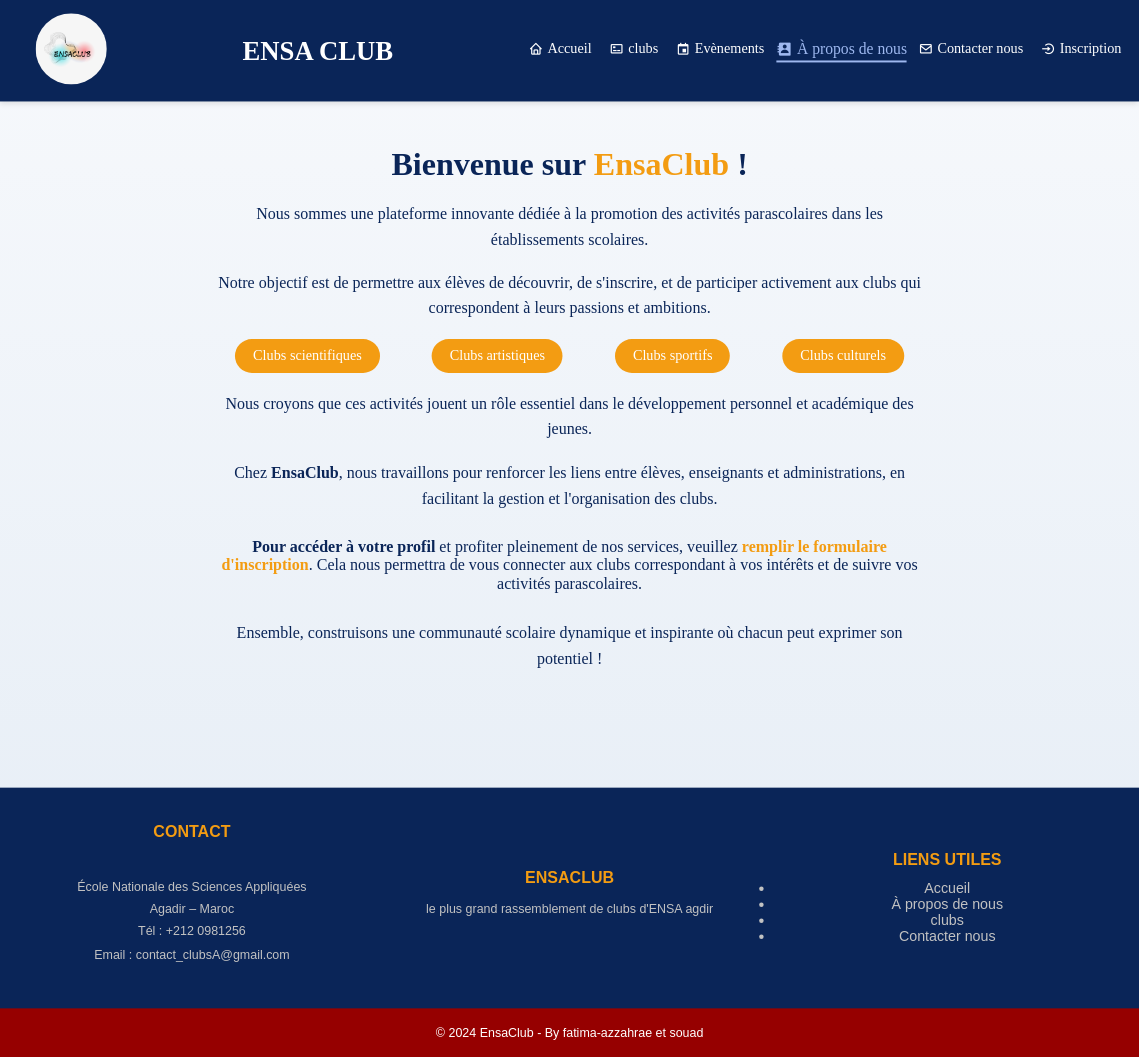
Repository: fati-smart/ENSAclub
Page: propos.html
The author's editor kept a copy of each file at every save. The page is drawn from the files as they stood at one save, then again after the next save.
The browser window is 1280 px wide. The pictures show the whole page, at 89% of full size.

Above is the page before, as saved 2024-12-02 19:20:42.

### propos.html
<!DOCTYPE html>
<html lang="fr">

<head>
  <meta charset="UTF-8">
  <meta name="viewport" content="width=device-width, initial-scale=1.0">
  <link href='https://unpkg.com/boxicons@2.1.4/css/boxicons.min.css' rel="stylesheet" />
  <link rel="stylesheet" href="style.css">
  <title>à propos de nous</title>
</head>

<body>
  <header class="header">
    <div><img src="logo.png" alt="logo"></div>
    <div class="titre"><a href="index.html"><p>ENSA CLUB</p></a></div>
    <nav>
      <ul>

        <li><a href="index.html">
          <i class='bx bx-home'></i></i>Accueil</a></li>
          <li><a href="club.html">
            <i class='bx bx-credit-card-front'></i>clubs</a></li>
          <li><a href="evenement.html">
            <i class='bx bx-calendar-event' ></i>Evènements</a></li>
          <li><a href="propos.html" class="active">
            <i class='bx bxs-contact'></i>À propos de nous</a></li>
          <li><a href="Contact.html">
            <i class='bx bx-envelope'></i>Contacter nous</a></li>
          <li><a href="inscrip.html">
            <i class='bx bx-log-in-circle'></i>Inscription</a></li>
      </ul>

    </nav>
</header>

<section class="propos">
  <div class="propos-container">
    <h1 class="propos-title">Bienvenue sur <span>EnsaClub</span> !</h1>
    <p class="propos-intro">
      Nous sommes une plateforme innovante dédiée à la promotion des activités parascolaires dans les établissements scolaires.
    </p>
    <p class="propos-objective">
      Notre objectif est de permettre aux élèves de découvrir, de s'inscrire, et de participer activement aux clubs qui correspondent à leurs passions et ambitions.
    </p>
    <ul class="propos-list">
      <li>Clubs scientifiques</li>
      <li>Clubs artistiques</li>
      <li>Clubs sportifs</li>
      <li>Clubs culturels</li>
    </ul>
    <p class="propos-message">
      Nous croyons que ces activités jouent un rôle essentiel dans le développement personnel et académique des jeunes.
    </p>
    <p class="propos-mission">
      Chez <strong>EnsaClub</strong>, nous travaillons pour renforcer les liens entre élèves, enseignants et administrations,
      en facilitant la gestion et l'organisation des clubs.
    </p>
    <p class="propos-call-to-action">
      <strong>Pour accéder à votre profil</strong> et profiter pleinement de nos services, veuillez
      <a href="inscrip.html" class="propos-link">remplir le formulaire d'inscription</a>. Cela nous permettra de vous connecter
      aux clubs correspondant à vos intérêts et de suivre vos activités parascolaires.
    </p>
    <p class="propos-footer">
      Ensemble, construisons une communauté scolaire dynamique et inspirante où chacun peut exprimer son potentiel !
    </p>
  </div>
</section>


  <footer class="footer">
    <div class="footer-container">
        <div class="footer-content">
          <ul>
            <h3>CONTACT</h3><br />
            <p>École Nationale des Sciences Appliquées<br /> Agadir – Maroc<br />
            Tél : +212 0981256<br />
            Email : contact_clubsA@gmail.com<br />
          </p>
          </ul>
        </div>
        <div class="footer-section-info">
          <ul>
            <h3>EnsaClub</h3>
          <p> le plus grand rassemblement de clubs d'ENSA agdir </p>
          </ul>
        </div>
        <div class="footer-content">
            <h3>Liens utiles</h3>
             <ul class="list">
                <li><a href="index.html">Accueil</a></li>
                <li><a href="propos.html">À propos de nous</a></li>
                <li><a href="club.html">clubs</a></li>
                <li><a href="Contact.html">Contacter nous</a></li>
             </ul>
        </div>
    </div>
    <div class="footer-bottom">
      <p>© 2024 EnsaClub - By fatima-azzahrae et souad</p>
    </div>
</footer>
</body>

</html>

### style.css
* {
  margin: 0;
  padding: 0;
  box-sizing: border-box;
}

body {
  font-family: cursive;
  background-color: #f5f6fa;
  overflow-x: hidden;
  background: linear-gradient(to bottom, #f7f9fc, #e4ecf5);
}

/*******************************************HEADER************************************************/
.header {
  background-color: #0A2558;
  color: white;
  display: flex;
  align-items: center;
  justify-content: space-between;
  padding: 15px 20px;
  box-shadow: 0 4px 6px rgba(0, 0, 0, 0.1);
}

.header img {
  margin-left: 20px;
  width: 80px;
  height: 80px;
  border-radius: 50%;
}

.header .titre a {
  text-decoration: none;
  color: white;
  font-size: 26px;
  font-weight: bold;
}

nav ul {
  list-style: none;
  display: flex;
  gap: 20px;
}

nav ul li a {
  color: white;
  text-decoration: none;
  font-size: 16px;
  display: flex;
  align-items: center;
  gap: 5px;
  transition: color 0.3s ease-in-out;
}
.header .titre p{
  font-size: 30px;
  font-weight: bold;
  color: #ffffff;
  margin: 0;
}

nav ul li a:hover {
  color: #9eb8ef;
}

nav ul li a.active {
  border-bottom: 2px solid #9eb8ef;
  padding-bottom: 3px;
  color: #9eb8ef;
  transform: scale(1.1);

}
/*************************************section CLUB***********************************************/
.club{
  margin-top: 50px;
  display: flex;
  align-items: center;
  justify-content: center;
  flex-wrap: wrap;
}

.club .carteClub{
  width: 350px;
  height: 420px;
  background-color: #e9ebed;
  border-radius: 12px;
  margin-left: 30px;
  margin-right: 30px;
  box-shadow: 0 4px 6px rgba(0, 0, 0, 0.1);
  position: relative;
}

.club .carteClub .imageClub {
  width: 100%;
  height: 45%;
  margin-left: 15px;
  margin-right: 15px;
  align-items: center;
}

.club .carteClub .imageClub img{
  width: 90%;
  height: 90%;
  margin-top: 10px;
  border-radius: 12px;
}

.club .carteClub .text{
  width: 90%;
  height: 90%;
  margin-left: 10px;
  text-align: center;
}

.club .carteClub .text p{
  text-align: left;
}

.club .carteClub .text strong{
  font-size: 25px;
  font-family: 'Franklin Gothic Medium', 'Arial Narrow', Arial, sans-serif;
  color: #0A2558;
}

.club .carteClub .text .jointure{
  color: #143c85d7;
}

.carteClub button {
  position: absolute;
  bottom: 10px;
  right: 15px;
  padding: 10px 20px;
  background-color: #ff1100;
  color: #fff;
  border: none;
  border-radius: 5px;
  cursor: pointer;
  width: 90px;
}

.carteClub button:hover {
  background-color: #d91103e0;
  transform: scale(1.1);

}

/****************************************section EVENMENT****************************************/
.event {
  display: flex;
  flex-wrap: wrap;
  justify-content: center;
  padding: 20px;
  margin-top: 30px;
  align-items: center;
  border-radius: 12px;
  gap:  40px 15px;
  max-width: 1400px;

}

.carteEvent {
  width: 340px;
  display: flex;
  flex-direction: column;
  height: 200px;
  background: #fff;
  border-radius: 10px;
  box-shadow: 0 4px 8px rgba(0, 0, 0, 0.1);
  overflow: hidden;
  transition: height 0.3s ease, box-shadow 0.3s ease;
  padding: 10px;
  position: relative;
  text-align: center;
  margin-left: 20px;
  margin-right: 20px;
  margin-top: 20px;
  margin-bottom: 20px;

}

.carteEvent:hover {
  box-shadow: 0 6px 12px rgba(0, 0, 0, 0.15);
}

.carteEvent .titreC {
  margin-bottom: 7px;
  margin-top: 7px;
}

.carteEvent .titreC strong{
  font-size: 19.2px;
  font-weight: bold;
  color: #007bff;
}

.carteEvent .titre {
  margin-bottom: 7px;
}

.carteEvent strong{
  color: #ff1100;
}

.carteEvent .dets {
  text-align: left;
}

.carteEvent .dets strong{
  color: #000000;
}

.carteEvent .dets a{
  text-decoration: none;
  color:#09b32d ;
}

.carteEvent .dets a:hover{
  color:#00ff37 ;
  font-size: 16px;
}
/****************************************INSCRIPTION**********************************************/
.inscription {
  padding: 50px 20px;
  display: flex;
  justify-content: center;
  align-items: center;
}

.formulaire {
  background: #ffffff;
  border-radius: 10px;
  box-shadow: 0px 4px 10px rgba(0, 0, 0, 0.1);
  padding: 30px;
  max-width: 500px;
  width: 100%;
  animation: fadeIn 1s ease-in-out;
}

.titre-formulaire {
  font-size: 24px;
  font-weight: bold;
  text-align: center;
  color: #0A2558;
  margin-bottom: 20px;
}

.form-group {
  margin-bottom: 20px;
}

.form-group label {
  font-size: 16px;
  color: #0A2558;
  display: block;
  margin-bottom: 5px;
}

.form-group input {
  width: 100%;
  padding: 10px;
  font-size: 16px;
  border: 1px solid #ddd;
  border-radius: 5px;
  outline: none;
  transition: border-color 0.3s;
}

.form-group input:focus {
  border-color: #f39c12;
}

.btn-submit {
  background-color: #0A2558;
  color: #ffffff;
  padding: 12px 20px;
  font-size: 16px;
  border: none;
  border-radius: 25px;
  cursor: pointer;
  width: 100%;
  margin-top: 10px;
  transition: background-color 0.3s, transform 0.3s;
}

.btn-submit:hover {
  background-color: #072042;
  transform: translateY(-3px);
}

.lien-membre {
  text-align: center;
  margin-top: 20px;
  font-size: 14px;
  color: #0A2558;
}

.lien-membre a {
  color: #f39c12;
  text-decoration: none;
  font-weight: bold;
}

.lien-membre a:hover {
  text-decoration: underline;
}

@keyframes fadeIn {
  from {
    opacity: 0;
    transform: translateY(20px);
  }
  to {
    opacity: 1;
    transform: translateY(0);
  }
}

@media (max-width: 768px) {
  .formulaire {
    padding: 20px;
  }

  .btn-submit {
    font-size: 14px;
  }
}


/**********************************************login***********************************************/
.connexion {
  padding: 50px 20px;
  display: flex;
  justify-content: center;
  align-items: center;
}

.logFormulaire {
  background: #ffffff;
  border-radius: 10px;
  box-shadow: 0px 4px 10px rgba(0, 0, 0, 0.1);
  padding: 30px;
  max-width: 400px;
  width: 100%;
  animation: fadeIn 1s ease-in-out;
}

.titre-logFormulaire {
  font-size: 24px;
  font-weight: bold;
  text-align: center;
  color: #0A2558;
  margin-bottom: 20px;
}

.form-group {
  margin-bottom: 20px;
}

.form-group label {
  font-size: 16px;
  color: #0A2558;
  display: block;
  margin-bottom: 5px;
}

.form-group input {
  width: 100%;
  padding: 10px;
  font-size: 16px;
  border: 1px solid #ddd;
  border-radius: 5px;
  outline: none;
  transition: border-color 0.3s;
}

.form-group input:focus {
  border-color: #f39c12;
}

.btn-submit {
  background-color: #0A2558;
  color: #ffffff;
  padding: 12px 20px;
  font-size: 16px;
  border: none;
  border-radius: 25px;
  cursor: pointer;
  width: 100%;
  margin-top: 10px;
  transition: background-color 0.3s, transform 0.3s;
}

.btn-submit:hover {
  background-color: #072042;
  transform: translateY(-3px);
}

.lien-nouveau {
  text-align: center;
  margin-top: 20px;
  font-size: 14px;
  color: #0A2558;
}

.lien-nouveau a {
  color: #f39c12;
  text-decoration: none;
  font-weight: bold;
}

.lien-nouveau a:hover {
  text-decoration: underline;
}

@keyframes fadeIn {
  from {
    opacity: 0;
    transform: translateY(20px);
  }
  to {
    opacity: 1;
    transform: translateY(0);
  }
}

@media (max-width: 768px) {
  .logFormulaire {
    padding: 20px;
  }

  .btn-submit {
    font-size: 14px;
  }
}

/*********************************************PROFIL**********************************************/
.profil {
  max-width: 800px;
  margin: 50px auto;
  padding: 20px;
  background: #fff;
  box-shadow: 0 4px 8px rgba(0, 0, 0, 0.276);
  border-radius: 10px;
}

.section-title {
  font-size: 28px;
  color: #2c3e50;
  text-align: center;
  margin-bottom: 20px;
}

.form-title {
  font-size: 20px;
  color: #34495e;
  margin-bottom: 15px;
}

.form-subtitle {
  font-size: 18px;
  color: #7f8c8d;
  margin-bottom: 10px;
}

.profile-section {
  display: flex;
  align-items: center;
  gap: 20px;
  margin-bottom: 30px;
  border-bottom: 1px solid #ddd;
  padding-bottom: 20px;
}

.profile-picture img {
  width: 120px;
  height: 120px;
  border-radius: 50%;
  object-fit: cover;
  border: 3px solid #db343442;
}

.profile-info .profile-name {
  font-size: 18px;
  font-weight: bold;
  color: #34495e;
}

.profile-info .profile-email {
  font-size: 14px;
  color: #555;
}

.forms-profil {
  display: flex;
  flex-wrap: wrap;
  gap: 30px;
}

.account-info,
.security-settings {
  flex: 1;
  min-width: 300px;
}

.form-group {
  margin-bottom: 15px;
}

.form-group label {
  display: block;
  font-size: 14px;
  color: #555;
  margin-bottom: 5px;
}

.form-group input {
  width: 100%;
  padding: 10px;
  border: 1px solid #ddd;
  border-radius: 5px;
  font-size: 14px;
  background-color: #f9f9f9;
}

.form-group input:focus {
  outline: none;
  border-color: #3498db;
  box-shadow: 0 0 5px rgba(52, 152, 219, 0.5);
}

.save-button {
  background-color: #3498db;
  color: #fff;
  padding: 10px 20px;
  border: none;
  border-radius: 5px;
  cursor: pointer;
  font-size: 14px;
  display: inline-block;
}

.save-button:hover {
  background-color: #2980b9;
}

.clubs-section .club-name {
  font-size: 16px;
  color: #2c3e50;
  margin-left: 10px;
}

.clubs-table {
  width: 100%;
  border-collapse: collapse;
  margin-top: 20px;
}

th, td {
  border: 1px solid #ddd;
  padding: 8px;
  text-align: center;
}

th {
  background-color: #f4f4f4;
  font-weight: bold;
}

.delete-btn {
  background-color: #e74c3c;
  color: white;
  border: none;
  padding: 5px 10px;
  cursor: pointer;
  border-radius: 3px;
}

.delete-btn:hover {
  background-color: #c0392b;
}
i.bx.bx-chevrons-left {
  margin-top: 20px;
  margin-left: 20px;
  font-size: 80px;
  color: #0742b1;
  transition: color 0.3s, transform 0.3s;
}

i.bx.bx-chevrons-left:hover {
  color: #2980b9;
  transform: translateX(-5px);
}



/********************************a propos de nous************************************************/
.propos {
  padding: 50px 20px;
  color: #0A2558;
}

.propos-container {
  max-width: 800px;
  margin: 0 auto;
  text-align: center;
  animation: fadeIn 1s ease-in-out;
}

.propos-title {
  font-size: 36px;
  font-weight: bold;
  margin-bottom: 20px;
  color: #0A2558;
}

.propos-title span {
  color: #f39c12;
}

.propos-intro, .propos-objective, .propos-message, .propos-mission, .propos-footer {
  font-size: 18px;
  line-height: 1.6;
  margin-bottom: 20px;
}

.propos-list {
  list-style: none;
  padding: 0;
  margin: 20px 0;
  display: flex;
  justify-content: space-around;
  flex-wrap: wrap;
  gap: 10px;
}

.propos-list li {
  background: #f39c12;
  color: white;
  padding: 10px 20px;
  border-radius: 20px;
  font-size: 16px;
}

.propos-call-to-action {
  font-size: 18px;
  margin: 30px 0;
}

.propos-link {
  color: #f39c12;
  font-weight: bold;
  text-decoration: none;
}

.propos-link:hover {
  text-decoration: underline;
}

@keyframes fadeIn {
  from {
    opacity: 0;
    transform: translateY(20px);
  }
  to {
    opacity: 1;
    transform: translateY(0);
  }
}

/********************************************FOOTER*************************************************/
.footer {
  background-color: #0A2558;
  margin-top: 60px;
  color: #ecf0f1;
  font-family: Arial, sans-serif;
  text-align: center;
  padding: 0; /* Supprime les espaces autour */
}

.footer-container {
  display: flex;
  justify-content: space-around;
  align-items: center; /* Centre verticalement les contenus */
  flex-wrap: wrap;
  padding: 40px 20px; /* Augmente l'espacement interne */
  gap: 33px; /* Ajoute de l'espace entre les sections */
}

.footer-content,
.footer-section-info {
  flex: 1; /* S'adapte à l'espace disponible */
  min-width: 300px;
  text-align: center; /* Centre horizontalement le texte */
  color: #c2c2c2;
}

.footer h3 {
  font-size: 18px;
  font-weight: bold;
  text-transform: uppercase;
  margin-bottom: 12px; /* Augmente l'espace sous le titre */
  color: #f39c12;
}

.footer p {
  font-size: 14px;
  line-height: 1.8; /* Augmente l'espacement entre les lignes */
  margin: 8px 0;
}

.footer a {
  color: #c2c2c2;
  text-decoration: none;
}

.footer a:hover {
  text-decoration: underline;
}

.footer-bottom {
  background-color: #960000;
  color: white;
  padding: 15px; /* Augmente l'espacement interne du footer-bottom */
  font-size: 12px;

  margin-top: 0; /* Supprime les marges entre le container et le footer-bottom */
}

.footer-bottom p {
  margin: 0; /* Supprime les marges supplémentaires */
  text-align: center;
}


/*****************************************CONTACT***************************************************/
.contact {
  padding: 40px 20px;
  text-align: center;
}

.contact-fieldset {
  border: 2px solid #0A2558;
  border-radius: 10px;
  padding: 30px;
  max-width: 600px;
  margin: 0 auto;
  box-shadow: 0px 4px 10px rgba(0, 0, 0, 0.1);
  background: #ffffff;
}

.contact-legend {
  font-size: 24px;
  font-weight: bold;
  color: #0A2558;
  padding: 0 10px;
  background: #f39c12;
  color: #ffffff;
  border-radius: 5px;
}

.form-group {
  margin-bottom: 20px;
  text-align: left;
}

.form-group label {
  font-size: 16px;
  color: #0A2558;
  display: block;
  margin-bottom: 5px;
}

.form-group input,
.form-group textarea {
  width: 100%;
  padding: 10px;
  font-size: 16px;
  border: 1px solid #ddd;
  border-radius: 5px;
  outline: none;
  transition: border-color 0.3s;
}

.form-group input:focus,
.form-group textarea:focus {
  border-color: #f39c12;
}

.btn-submit {
  background-color: #0A2558;
  color: #ffffff;
  padding: 12px 25px;
  font-size: 16px;
  border: none;
  border-radius: 25px;
  cursor: pointer;
  transition: background-color 0.3s, transform 0.3s;
}

.btn-submit:hover {
  background-color: #072042;
  transform: translateY(-3px);
}

@media (max-width: 768px) {
  .contact-fieldset {
    padding: 20px;
  }

  .btn-submit {
    width: 100%;
  }
}

After the next save:
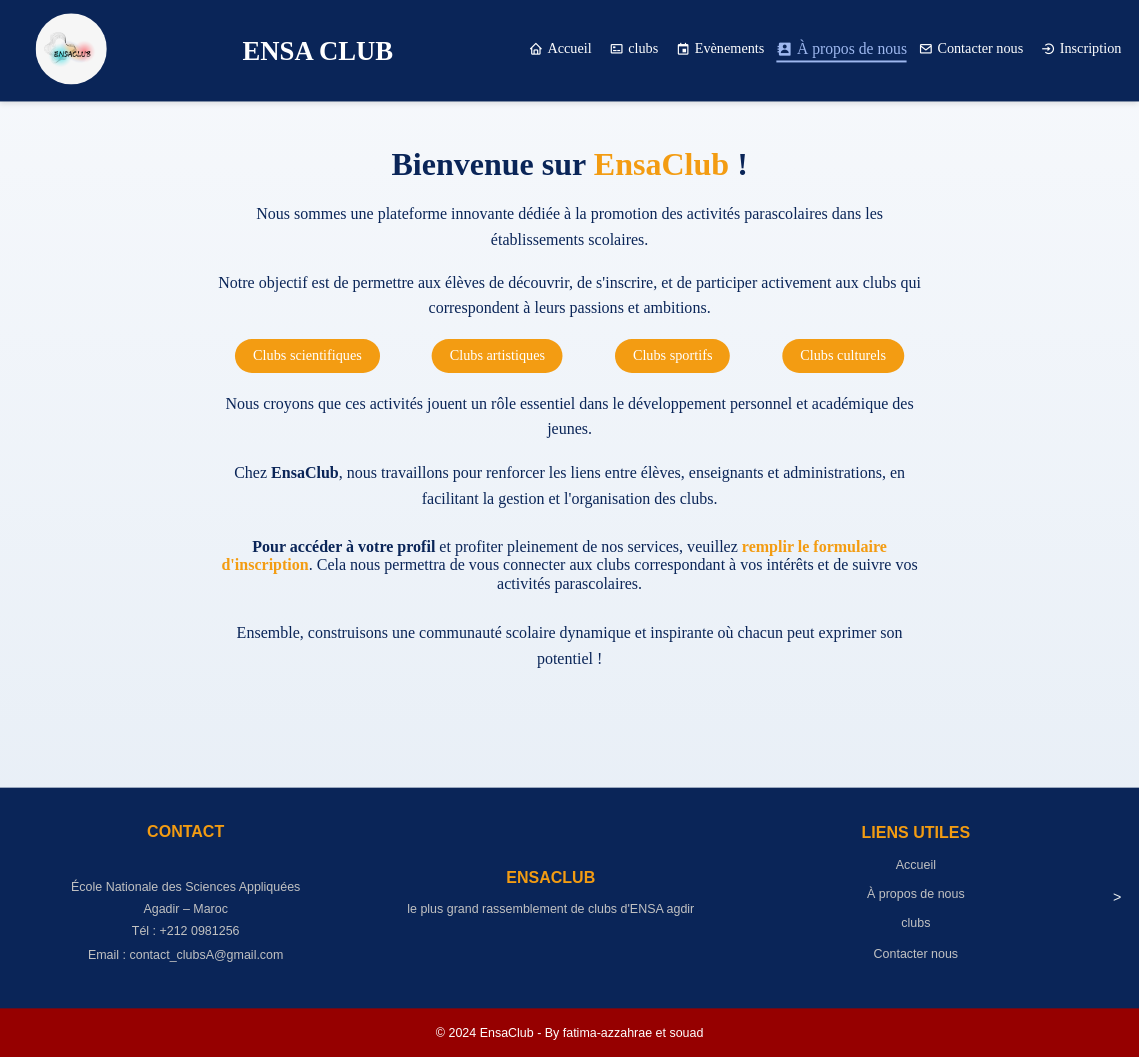
Saved 90 s later.
--- a/propos.html
+++ b/propos.html
@@ -85,14 +85,14 @@
           </ul>
         </div>
         <div class="footer-content">
-            <h3>Liens utiles</h3>
-             <ul class="list">
-                <li><a href="index.html">Accueil</a></li>
-                <li><a href="propos.html">À propos de nous</a></li>
-                <li><a href="club.html">clubs</a></li>
-                <li><a href="Contact.html">Contacter nous</a></li>
-             </ul>
-        </div>
+          <h3>Liens utiles</h3>
+
+              <p><a href="index.html">Accueil</a></p>
+              <p><a href="propos.html">À propos de nous</a>
+              <p><a href="club.html">clubs</a></p>
+              <p><a href="Contact.html">Contacter nous</a></p>
+
+      </div>>
     </div>
     <div class="footer-bottom">
       <p>© 2024 EnsaClub - By fatima-azzahrae et souad</p>
